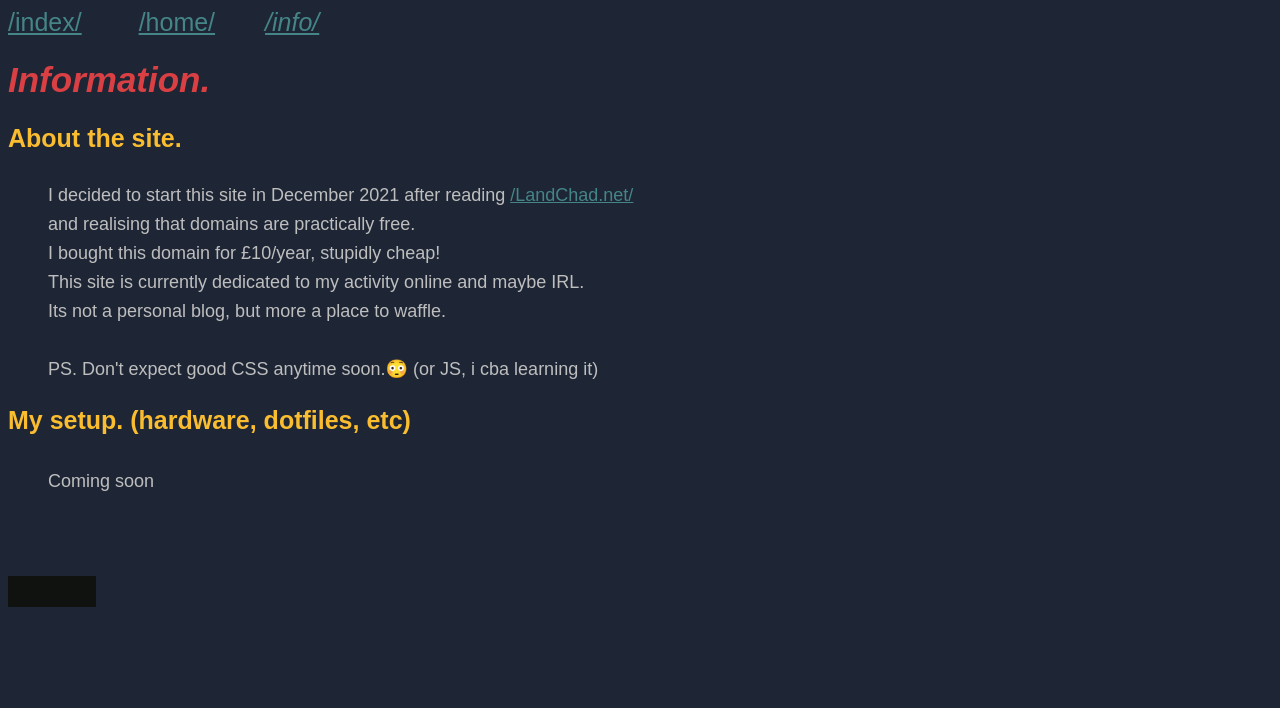
Repository: KieranCrossland/kierancrosslandxyz
Page: info.html
The author's editor kept a copy of each file at every save. The page is drawn from the files as they stood at one save, then again after the next save.
The browser window is 1280 px wide. The pictures show the whole page.

Above is the page before, as saved 2022-06-19 01:48:42.

After the next save:
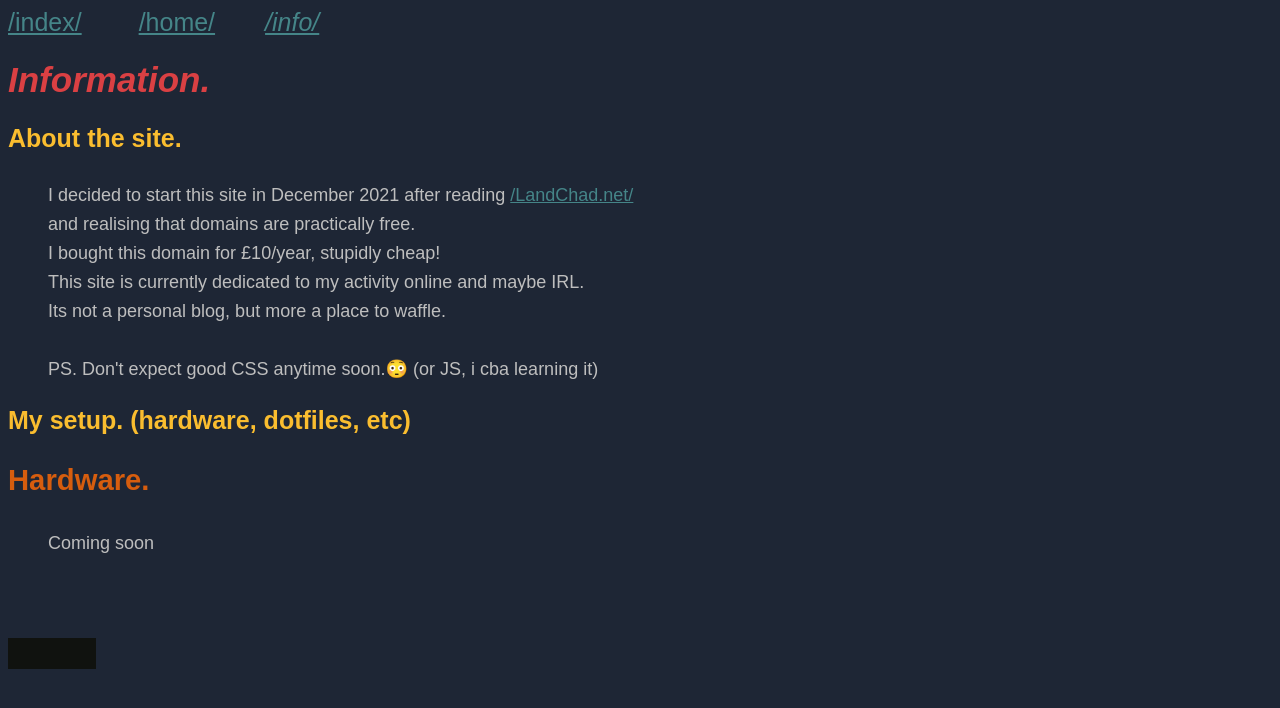
Saved 14 s later.
--- a/info.html
+++ b/info.html
@@ -77,7 +77,7 @@ h1 {
 <p1><br>PS. Don't expect good CSS anytime soon.😳 (or JS, i cba learning it)</p1></ul>
 
 <h2>My setup. (hardware, dotfiles, etc)</h2>
-<h3></h3>
+<h3>Hardware.</h3>
 <ul><p1>Coming soon</p1></ul>
 <br><br><a href="https://landchad.net" target="_blank">
  <img src="img/landchad.gif" width="88px" height="31px" alt=""/>
